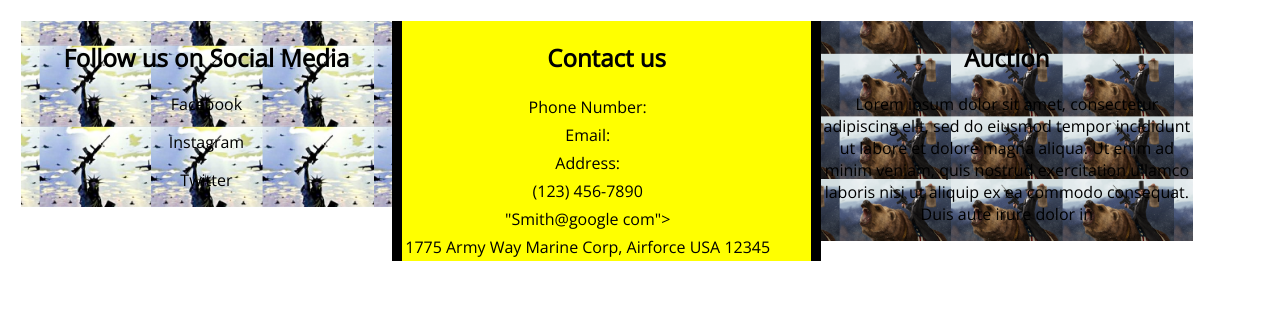
Repository: 3EyEdRav3n/10-2020-cohort-course
Page: week-1/Week-1 Assignment/index.html
The author's editor kept a copy of each file at every save. The page is drawn from the files as they stood at one save, then again after the next save.
The browser window is 1280 px wide. The pictures show the whole page.

Above is the page before, as saved 2020-11-01 21:42:16.

### week-1/Week-1 Assignment/index.html
<!DOCTYPE html>
<html lang="en">
  <head>
    <meta charset="UTF-8" />
    <meta name="viewport" content="width=device-width, initial-scale=1.0" />
    <link rel="stylesheet" href="./styles.css" />
    <link
      href="https://fonts.googleapis.com/css2?family=Open+Sans&display=swap"
      rel="stylesheet"
    />
    <link
      href="https://fonts.googleapis.com/css2?family=Open+Sans&family=Roboto+Slab:wght@500&display=swap"
      rel="stylesheet"
    />

    <title>VetTech</title>
  </head>
  <body>
    <div class="container">
      <div class="left-col">
        <h2>Follow us on Social Media</h2>
        <p>Facebook</p>
        <p>Instagram</p>
        <p>Twitter</p>
      </div>

      <div class="center-col">
        <h2>Contact us</h2>
        <table class="contact">
          <thead>
            <tr>
              <td>Phone Number:</td>
              <tr></tr>
              <td>Email:</td>
              <tr></tr>
              <td>Address:</td>
              <tr></tr>
            </tr>
          </thead>
          <tbody>
            <tr>
              <td>(123) 456-7890</td>
              <tr></tr>
              <td>"Smith@google com"></td>
              <tr></tr>
              <td>1775 Army Way Marine Corp, Airforce USA 12345</td>
            </tr>
          </tbody>
        </table>
      </div>
      <div class="right-col">
        <h2>Auction</h2>
        <p>
          Lorem ipsum dolor sit amet, consectetur adipiscing elit, sed do
          eiusmod tempor incididunt ut labore et dolore magna aliqua. Ut enim ad
          minim veniam, quis nostrud exercitation ullamco laboris nisi ut
          aliquip ex ea commodo consequat. Duis aute irure dolor in
        </p>
      </div>
    </div>
  </body>
</html>

### week-1/Week-1 Assignment/styles.css

.container{
        font-family: 'Open Sans', sans-serif;
        min-height:500px;
        padding: 1%;
        box-sizing: border-box;
}
.left-col{
        background-image: url("/images/liberty.jpg");
        background-position: bottom center;
        background-size: 30%;
        background-color: #cccccc;
        text-align: center;
        width: 30%;
        float: left;
}
.center-col{
        background-color: yellow;
        border-left: 10px solid;
        border-right: 10px solid;
        text-align: center;
        width: 33%;
        float: left;
}
.right-col{
        background-image: url("/images/lincoln.jpg");
        background-position: bottom center;
        background-size: 30%;
        background-color: #cccccc;
        text-align: center;
        float: left;
        width: 30%;

}



h1 {
        font-family: 'Open Sans', sans-serif;
}

After the next save:
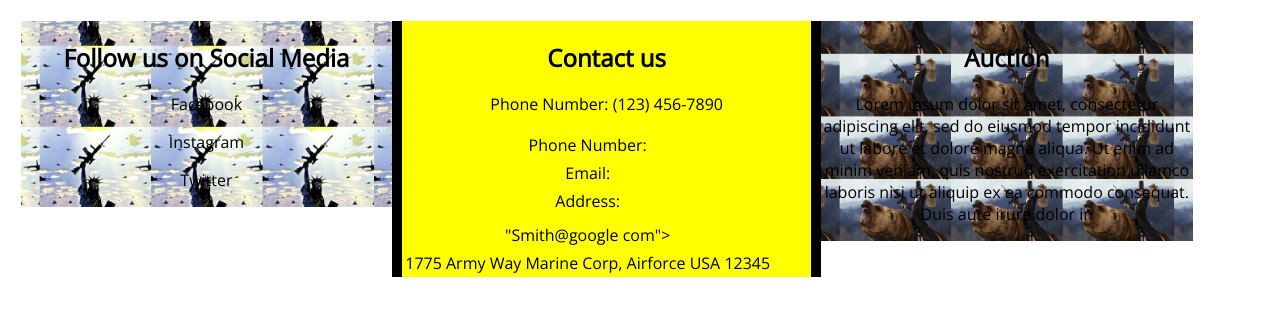
Saved 94 s later.
--- a/week-1/Week-1 Assignment/index.html
+++ b/week-1/Week-1 Assignment/index.html
@@ -27,6 +27,10 @@
       <div class="center-col">
         <h2>Contact us</h2>
         <table class="contact">
+          <p>
+            Phone Number:
+(123) 456-7890
+          </p>
           <thead>
             <tr>
               <td>Phone Number:</td>
@@ -39,7 +43,7 @@
           </thead>
           <tbody>
             <tr>
-              <td>(123) 456-7890</td>
+              <td></td>
               <tr></tr>
               <td>"Smith@google com"></td>
               <tr></tr>
